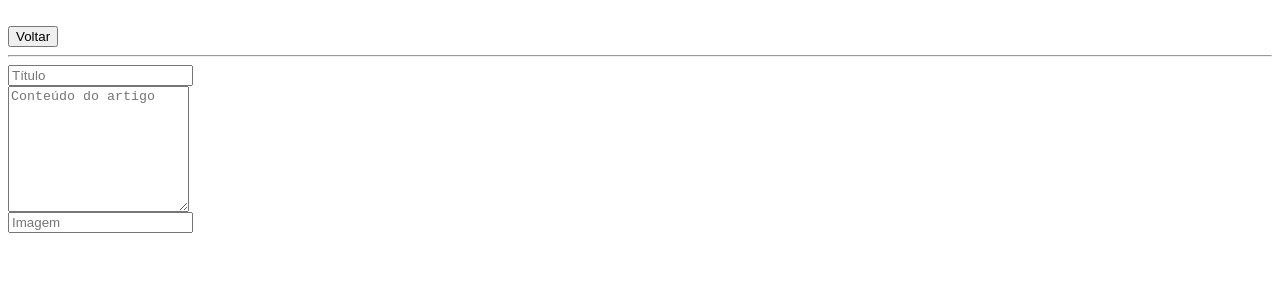
Repository: organicos/organicos.github.io
Page: partials/articles/article.html
The author's editor kept a record of every edit. The page is drawn from the files as they stood at one moment, then again after the next edit.
The browser window is 1280 px wide. The pictures show the whole page.

Above is the page before.

After the next edit:
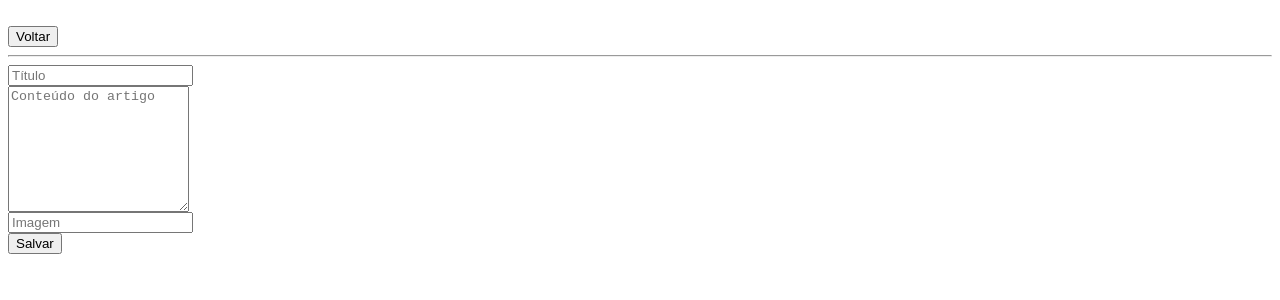
The edit:
--- a/partials/articles/article.html
+++ b/partials/articles/article.html
@@ -14,4 +14,7 @@
     <div class="form-group">
         <input class="form-control" type="text" ng-model="img" placeholder="Imagem">
     </div>
+    <div class="form-group">
+        <button class="btn btn-success" type="submit" ng-model="title" placeholder="Título">Salvar</button>
+    </div>
 </form>
